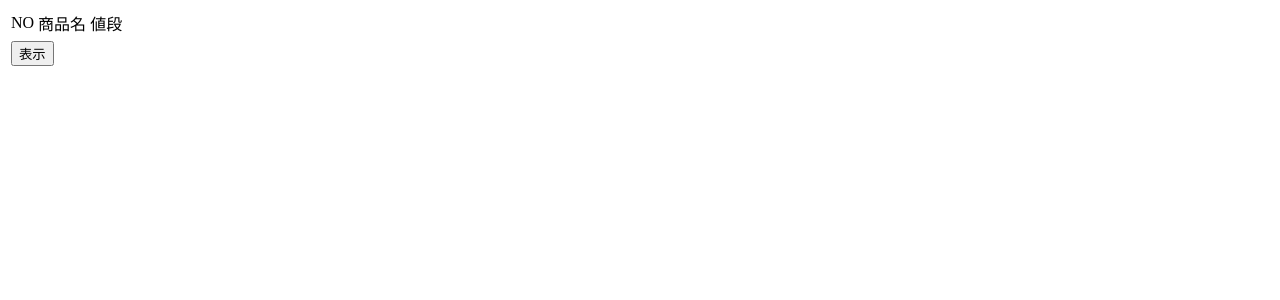
Repository: kousuke-2047/test
Page: http://localhost/Item/item.jsp
An editor plug-in stored every save of this project. The page is shown before and after the next save, followed by the edit.
The browser window is 1280 px wide. The pictures show the whole page.
The page is served by Tomcat 9.

Above is the page before, as saved 2018-06-13 05:02:43.

After the next save:
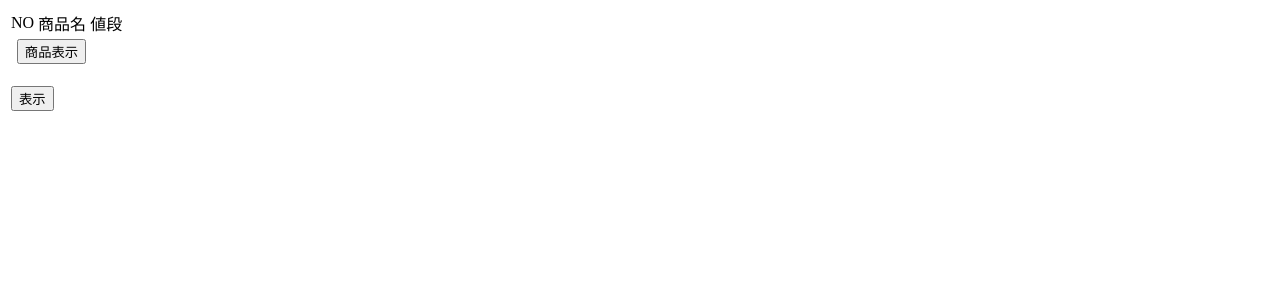
Saved 3 min 11 s later.
--- a/Item/WebContent/item.jsp
+++ b/Item/WebContent/item.jsp
@@ -14,6 +14,8 @@
 <title>Item一覧画面</title>
 </head>
 <body>
+
+	<s:form action="ItemshowAction">
 	<table>
 		<tr>
 			<td>NO</td>
@@ -23,12 +25,15 @@
 
 		<s:iterator value = "itemList">
 		<tr>
-			<td><s:property value = "id"/></td>
+			<td>
+			<s:property value = "id"/></td>
 			<td><s:property value = "itemName"/></td>
 			<td><s:property value = "itemPrice"/></td>
 		</tr>
 		</s:iterator>
+		<s:submit value ="商品表示"/>
 	</table>
+	</s:form>
 
 	<s:iterator value="countList">
 
